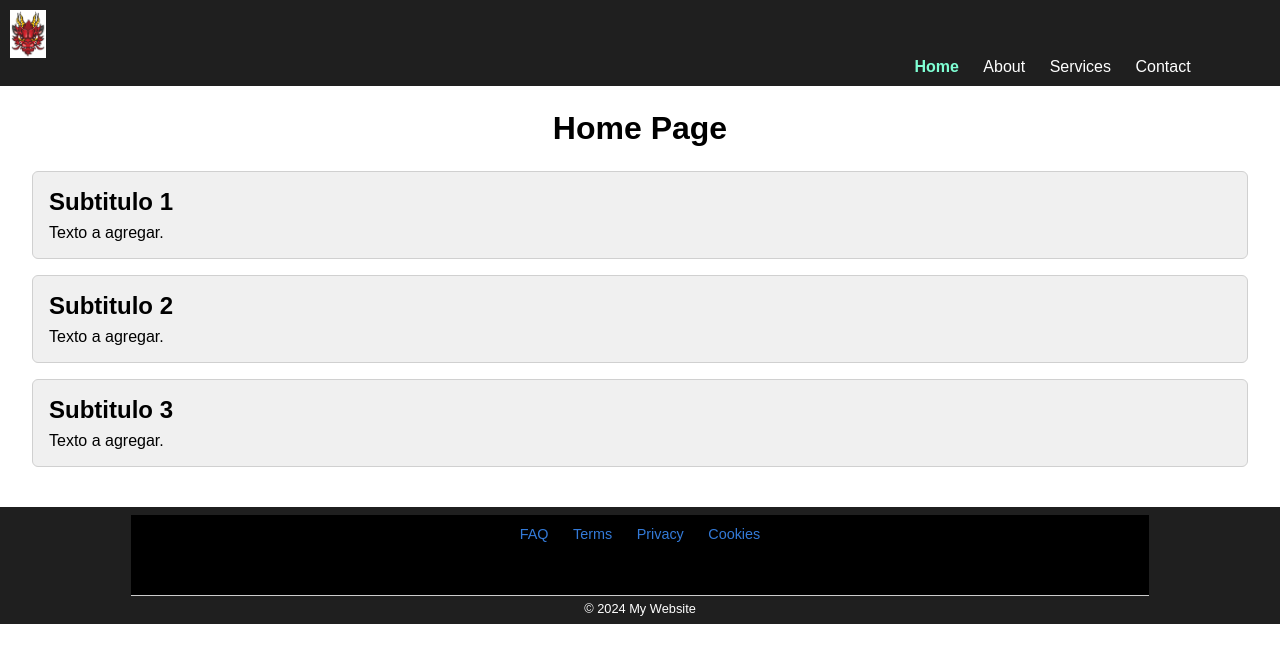
Repository: andreamm-lab/basic-navigation-example-2025-10
Page: index.html
The author's editor kept a copy of each file at every save. The page is drawn from the files as they stood at one save, then again after the next save.
The browser window is 1280 px wide. The pictures show the whole page.

Above is the page before, as saved 2025-11-06 19:52:26.

After the next save:
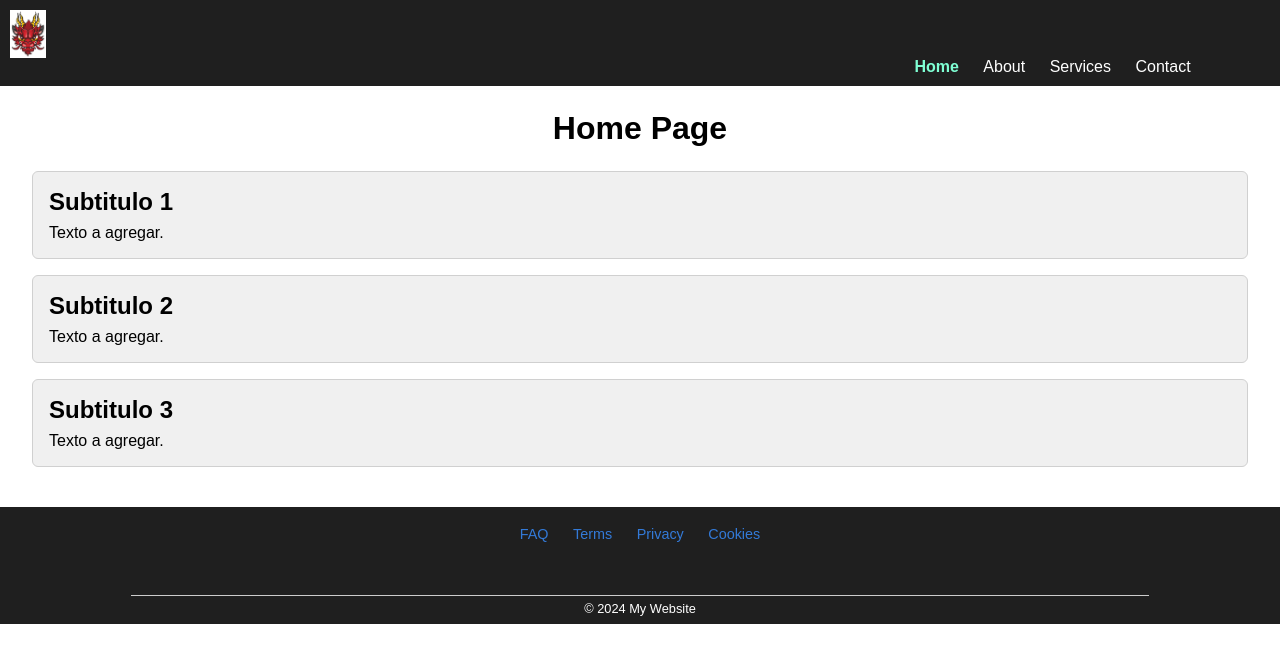
Saved 32 s later.
--- a/main.css
+++ b/main.css
@@ -178,21 +178,13 @@ main {
     display: inline-block;
     list-style: none;
     margin-bottom: 0px; /* Distance between FAQ text and white line */
-    padding: 0px;
-
-
-}
-
-
-#main-footer nav {
-    width: 80%;
-    margin: 0 auto;
-    padding: 10px;
-    height: 4px;
-    background-color: black;
-
-
-}
+    padding: 0px 0px;
+
+
+}
+
+
+
 
 
 #main-footer nav ul li {
